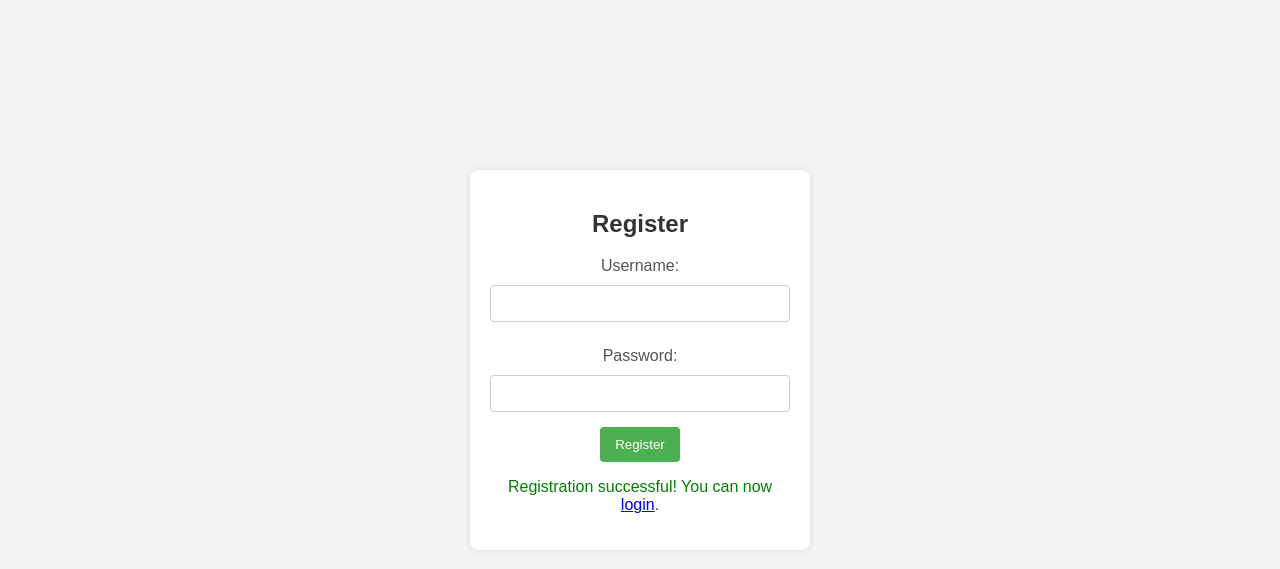
Repository: zrlgithub/poi
Page: http://localhost/test/Register.jsp
The author's editor kept a copy of each file at every save. The page is drawn from the files as they stood at one save, then again after the next save.
The browser window is 1280 px wide. The pictures show the whole page.
The page is served by Tomcat 9. Other server files are loaded and not shown.

Above is the page before, as saved 2024-02-13 22:22:05.

### test/src/main/webapp/Register.jsp
<!-- register.jsp -->
<!DOCTYPE html>
<html lang="en">
<head>
    <meta charset="UTF-8">
    <meta name="viewport" content="width=device-width, initial-scale=1.0">
    <title>Login</title>
    <style>
        body {
            font-family: Arial, sans-serif;
            background-color: #f4f4f4;
            margin: 0;
            display: flex;
            align-items: center;
            justify-content: center;
            height: 100vh;
        }

        form {
            background-color: #ffffff;
            padding: 20px;
            border-radius: 8px;
            box-shadow: 0 0 10px rgba(0, 0, 0, 0.1);
            width: 300px;
            text-align: center;
        }

        h2 {
            color: #333333;
        }

        label {
            display: block;
            margin: 10px 0;
            color: #555555;
        }

        input {
            width: 100%;
            padding: 10px;
            margin-bottom: 15px;
            box-sizing: border-box;
            border: 1px solid #cccccc;
            border-radius: 4px;
        }

        button {
            background-color: #4caf50;
            color: #ffffff;
            padding: 10px 15px;
            border: none;
            border-radius: 4px;
            cursor: pointer;
        }

        button:hover {
            background-color: #45a049;
        }

        p {
            color: red;
        }
    </style>
</head>
<body>
    <form action="RegisterServlet" method="post">
        <h2>Register</h2>
        <label for="newUsername">Username:</label>
        <input type="text" id="newUsername" name="newUsername" required>

        <label for="newPassword">Password:</label>
        <input type="password" id="newPassword" name="newPassword" required>

        <button type="submit">Register</button>

        <!-- Display registration success message if applicable -->
        <c:if test="${param.registered ne null}">
            <p style="color: green;">Registration successful! You can now <a href="login.jsp">login</a>.</p>
        </c:if>
    </form>
</body>
</html>

After the next save:
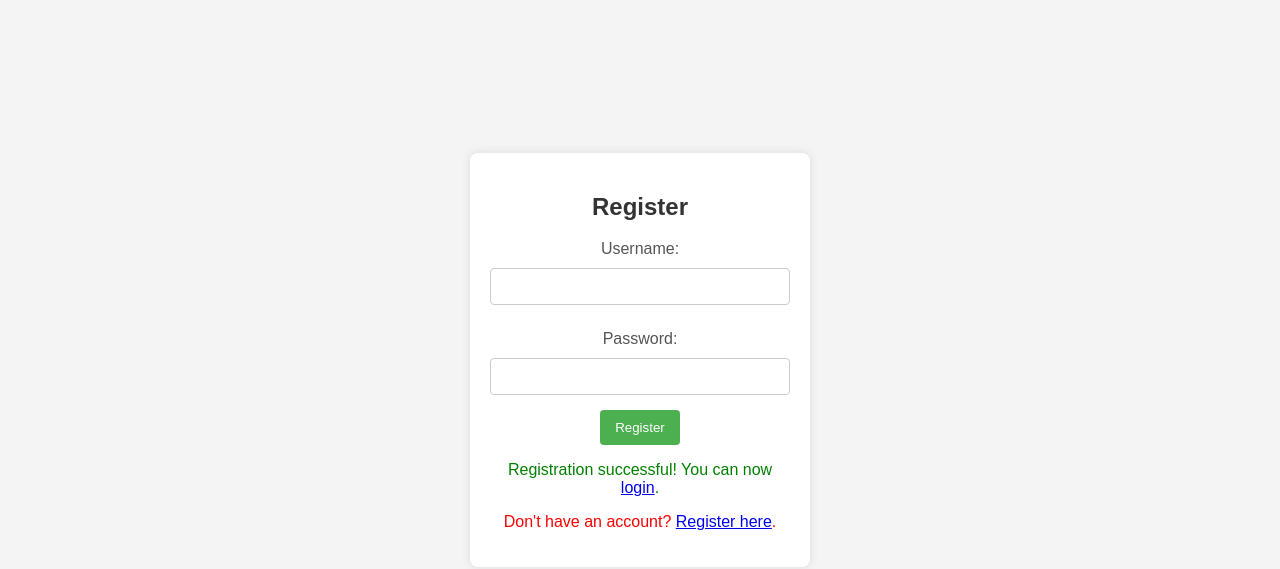
Saved 33 s later.
--- a/test/src/main/webapp/Register.jsp
+++ b/test/src/main/webapp/Register.jsp
@@ -77,6 +77,8 @@
         <c:if test="${param.registered ne null}">
             <p style="color: green;">Registration successful! You can now <a href="login.jsp">login</a>.</p>
         </c:if>
+        <p>Don't have an account? <a href="register.jsp">Register here</a>.</p>
+
     </form>
 </body>
 </html>

After the save that followed:
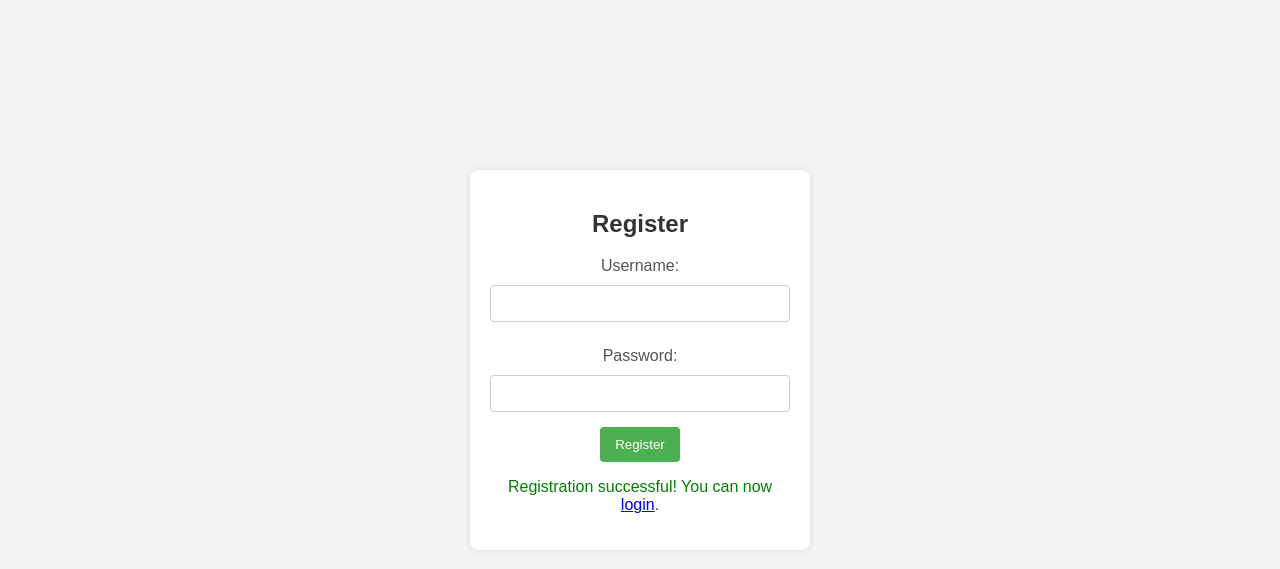
Saved 13 s later.
--- a/test/src/main/webapp/Register.jsp
+++ b/test/src/main/webapp/Register.jsp
@@ -77,7 +77,6 @@
         <c:if test="${param.registered ne null}">
             <p style="color: green;">Registration successful! You can now <a href="login.jsp">login</a>.</p>
         </c:if>
-        <p>Don't have an account? <a href="register.jsp">Register here</a>.</p>
 
     </form>
 </body>
